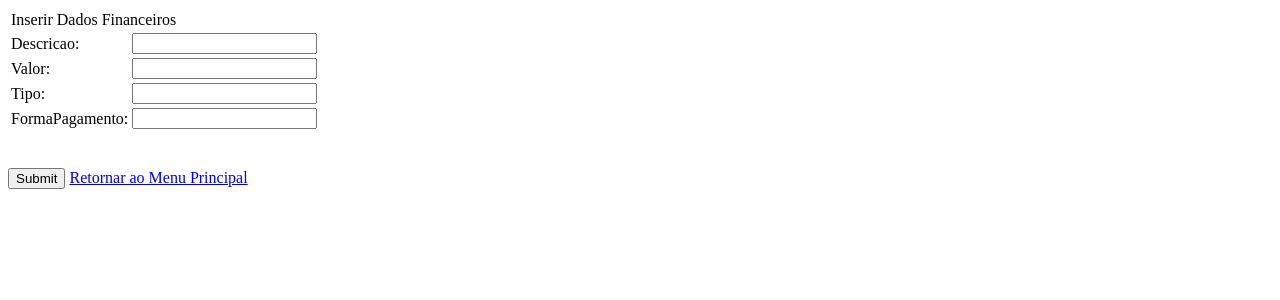
Repository: TadeuN1/PersonalProject-mySQL-eclipseIDE
Page: Movimentacoes/src/main/webapp/InfoMovimentacoes.html
An editor plug-in stored every save of this project. The page is shown before and after the next save, followed by the edit.
The browser window is 1280 px wide. The pictures show the whole page.

Above is the page before, as saved 2023-06-29 02:13:24.

After the next save:
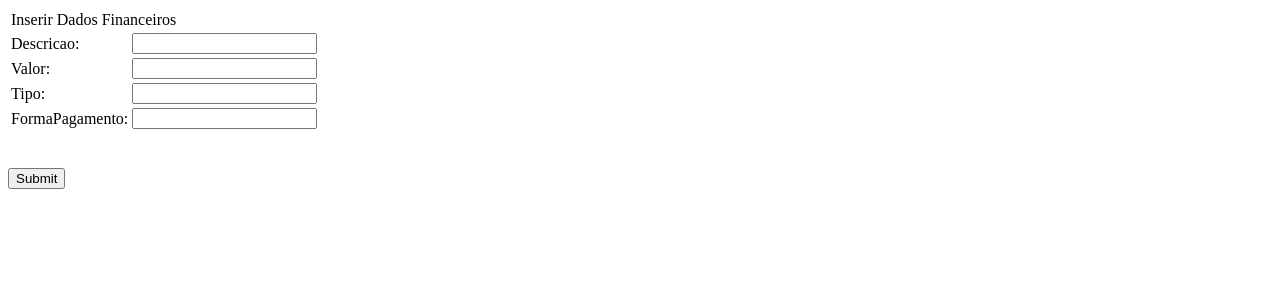
Saved 20 s later.
--- a/Movimentacoes/src/main/webapp/InfoMovimentacoes.html
+++ b/Movimentacoes/src/main/webapp/InfoMovimentacoes.html
@@ -29,7 +29,6 @@
 		</table>
 		<br><br>
 		<input type="Submit" name="Gravar">
-		<a href="/Movimentacoes">Retornar ao Menu Principal</a>
 		</form>
 	</body>
 </html>
